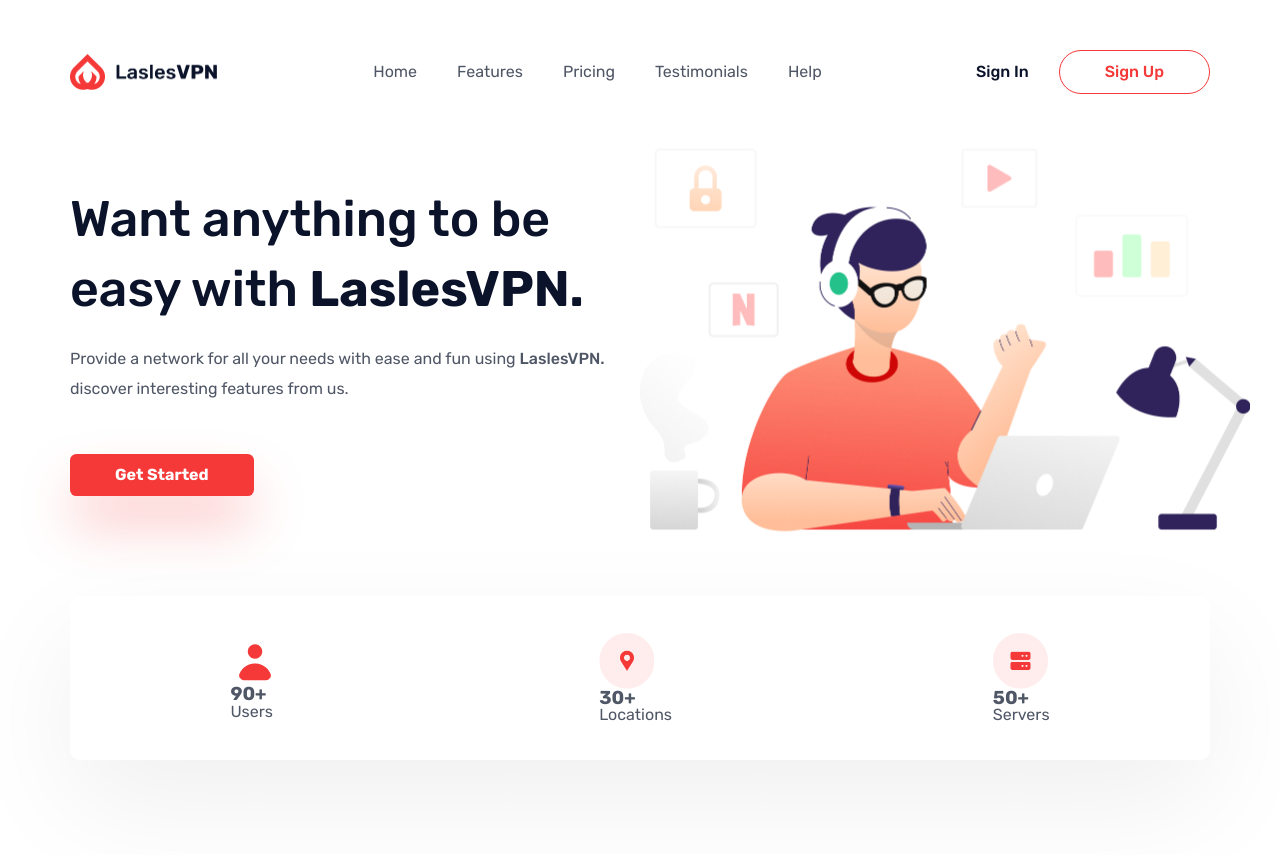
Repository: kebinh1235/lasles-demo
Page: index.html
These files come from the project's save history. The page is drawn as it stood at one moment and after the next save; the edit follows.
The browser window is 1280 px wide. The pictures show the whole page.
The style sheet was rebuilt from its Sass, Less or Tailwind sources for each picture, by a compiler version that may differ from the author's.

Above is the page before, as saved 2021-10-31 00:58:39.

After the next save:
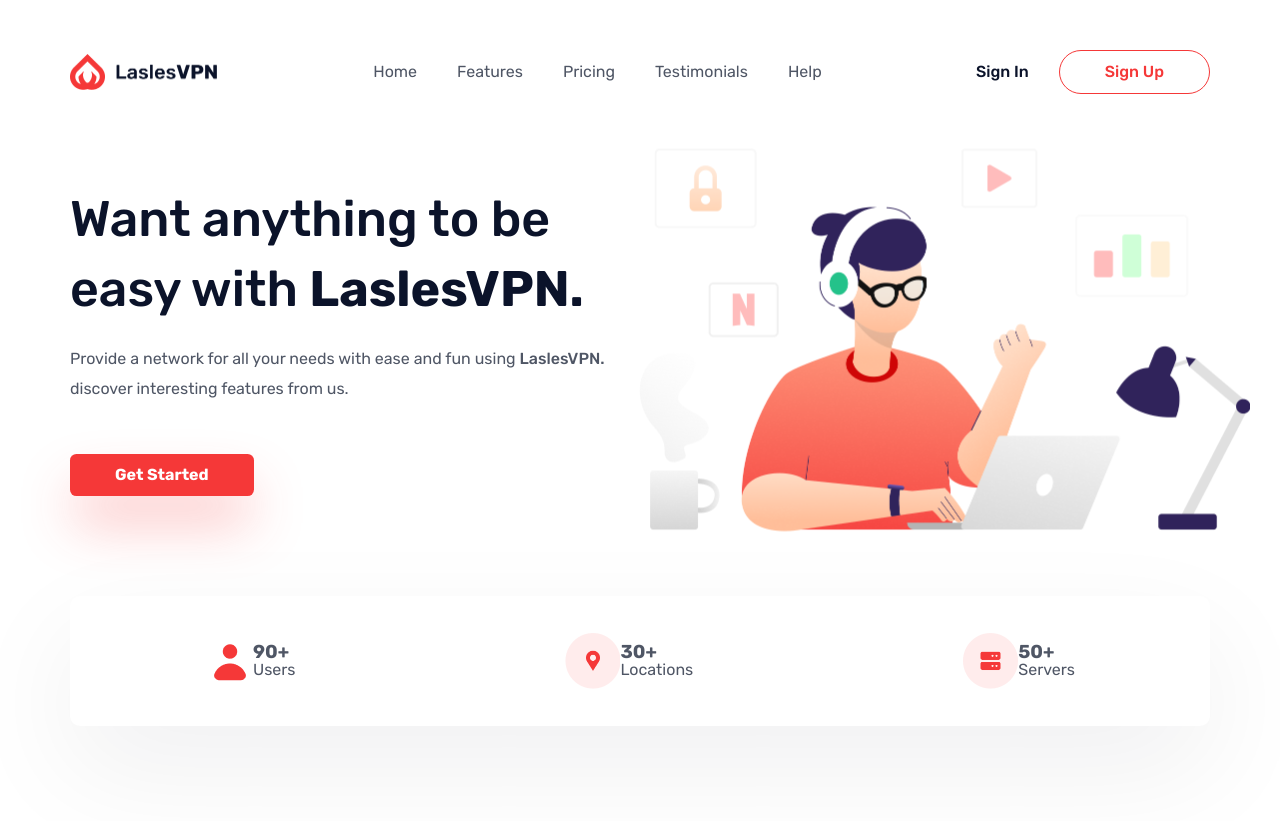
Saved 63 s later.
--- a/sass/_intro.scss
+++ b/sass/_intro.scss
@@ -9,4 +9,9 @@
     justify-content: space-around;
     align-items: center;
   }
+  &__item {
+    display:flex;
+    justify-content: space-between;
+    align-items: center;
+  }
 }
